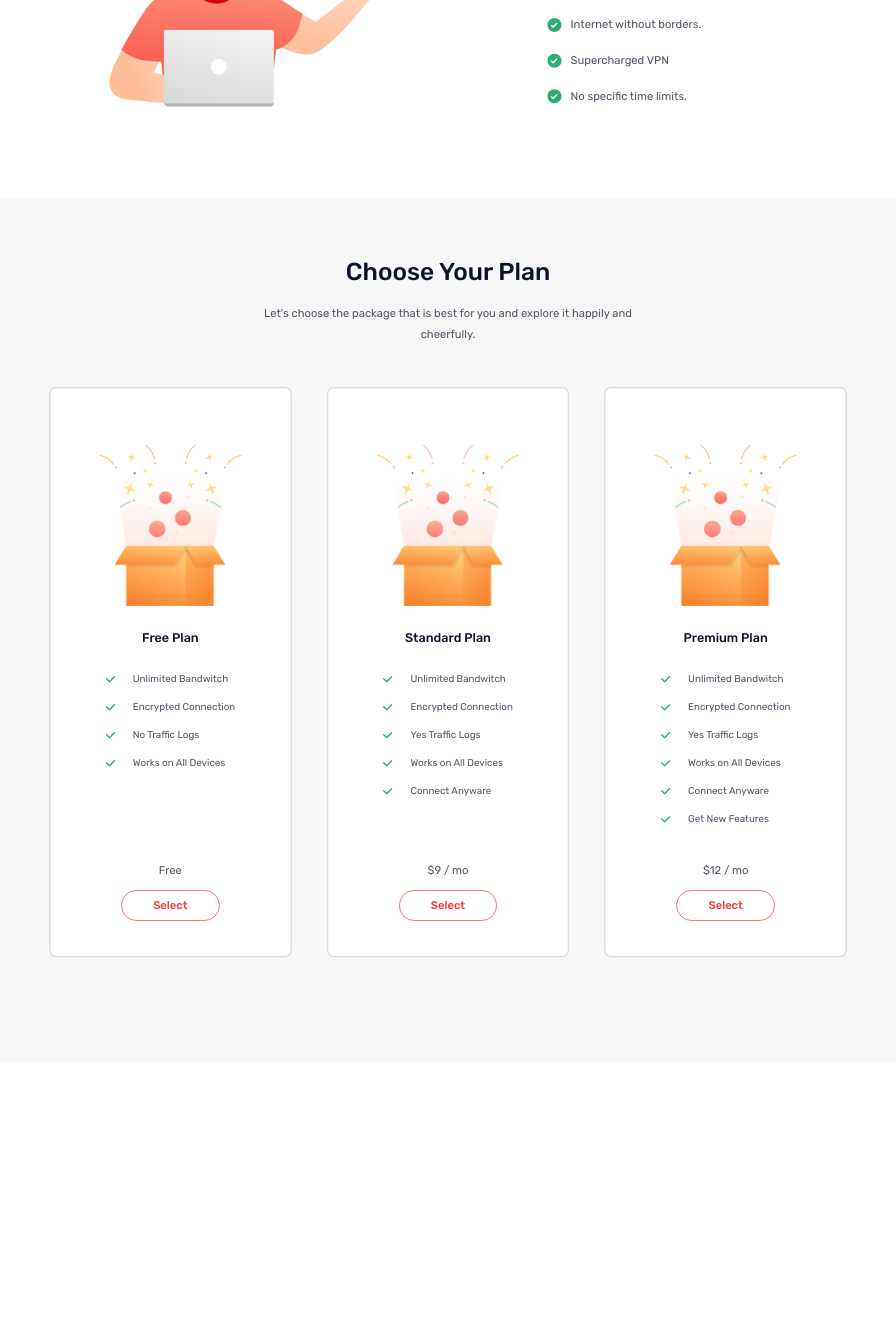
Repository: dangpham205/LaslesVPN-Landing-Page
Page: index.html
These files come from the project's save history. The page is drawn as it stood at one moment and after the next save; the edit follows.
The browser window is 1280 px wide. The pictures show the part of the page from y = 1171 to 3091 px (the page is 3359 px tall), at 70% of full size.

Above is the page before, as saved 2022-07-20 15:28:50.

### index.html
<!DOCTYPE html>
<html lang="en">
<head>
    <meta charset="UTF-8">
    <meta http-equiv="X-UA-Compatible" content="IE=edge">
    <meta name="viewport" content="width=device-width, initial-scale=1.0">
    <title>Lasles</title>
    <link rel="preconnect" href="https://fonts.googleapis.com" />
    <link rel="preconnect" href="https://fonts.gstatic.com" crossorigin />
    <link
      href="https://fonts.googleapis.com/css2?family=Rubik:wght@400;500;700&display=swap"
      rel="stylesheet"
    />
    <link rel="stylesheet" href="./assets/css/style.css">
</head>
<body>
    <div class="wrapper">

        <!-- Menu -->
        <header class="menu">
            <div class="container">
                <div class="menu__container">
                    <img srcset="./assets/img/logo.png 2x" alt="" class="menu__logo" />
                    <div class="menu__list">
                        <div class="menu__item">
                            <a href="" class="menu__item-link">About</a>
                        </div>
                        <div class="menu__item">
                            <a href="" class="menu__item-link">Features</a>
                        </div>
                        <div class="menu__item">
                            <a href="" class="menu__item-link">Pricing</a>
                        </div>
                        <div class="menu__item">
                            <a href="" class="menu__item-link">Testimonials</a>
                        </div>
                        <div class="menu__item">
                            <a href="" class="menu__item-link">Help</a>
                        </div>
                    </div>
                    <div class="menu__buttons">
                        <a href="" class="menu__button--sign-in">Sign In</a>
                        <a href="" class="button button--outline menu__button--sign-up">Sign Up</a>
                    </div>
                </div>
            </div>
        </header>

        <main>
            <!-- hero -->
            <section class="hero">
                <div class="container">
                    <div class="hero__container">
                        <div class="hero__content">
                            <h1 class="hero__title">Want anything to be easy with <strong>LaslesVPN</strong>.</h1>
                            <p class="hero__desc text">Provide a network for all your needs with ease and fun using LaslesVPN discover interesting features from us.</p>
                            <a href="" class="button button--primary button--rounded button--shadow">Get Started</a>
                        </div>
                        <div class="hero__image">
                            <img srcset="./assets/img/hero.png 2x" alt="">
                        </div>
                    </div>
                </div>
            </section>


            <!-- info -->
            <section class="info">
                <div class="container">
                    <div class="info__container">
                        <div class="info__item">
                            <div class="info__item-image">
                                <img src="" alt="" srcset="./assets/img/user.png 2x">
                            </div>
                            <div class="info__item-text">
                                <h3 class="info__item-title">90+</h3>
                                <p class="info__item-desc">Users</p>
                            </div>
                        </div>
                        <div class="info__item">
                            <div class="info__item-image">
                                <img src="" alt="" srcset="./assets/img/location.png 2x">
                            </div>
                            <div class="info__item-text">
                                <h3 class="info__item-title">30+</h3>
                                <p class="info__item-desc">Locations</p>
                            </div>
                        </div>
                        <div class="info__item">
                            <div class="info__item-image">
                                <img src="" alt="" srcset="./assets/img/Server.png 2x">
                            </div>
                            <div class="info__item-text">
                                <h3 class="info__item-title">50+</h3>
                                <p class="info__item-desc">Servers</p>
                            </div>
                        </div>
                    </div>
                </div>
            </section>

            <!-- feature -->
            <section class="feature">
                <div class="container">
                    <div class="feature__container">
                        <div class="feature__image">
                            <img src="" alt="" srcset="./assets/img/feature.png 2x">
                        </div>
                        <div class="feature__content">
                            <h3 class="feature__title heading">We Provide Many Features You Can Use</h3>
                            <p class="feature__desc text">You can explore the features that we provide with fun and have their own functions each feature.

                            </p>
                            <ul class="feature__list">
                                <li class="feature__item">
                                    <img src="./assets/img/ic-check.svg" alt="" class="feature__item-icon">
                                    <span class="feature__item-text">Powerfull online protection.</span>
                                </li>
                                <li class="feature__item">
                                    <img src="./assets/img/ic-check.svg" alt="" class="feature__item-icon">
                                    <span class="feature__item-text">Internet without borders.</span>
                                </li>
                                <li class="feature__item">
                                    <img src="./assets/img/ic-check.svg" alt="" class="feature__item-icon">
                                    <span class="feature__item-text">Supercharged VPN</span>
                                </li>
                                <li class="feature__item">
                                    <img src="./assets/img/ic-check.svg" alt="" class="feature__item-icon">
                                    <span class="feature__item-text">No specific time limits.</span>
                                </li>
                            </ul>
                        </div>

                    </div>
                </div>
            </section>

            <section class="plan">
                <div class="container">
                    <div class="plan__container">
                        <div class="plan__header">
                            <h3 class="plan__title heading">Choose Your Plan</h3>
                            <p class="plan__desc text">Let's choose the package that is best for you and explore it happily and cheerfully.</p>
                        </div>
                        <div class="plan__list">
                            <div class="plan__item">
                                <div class="plan__item-image">
                                    <img src="" alt="" srcset="./assets/img/plan.png">
                                </div>
                                <h4 class="plan__item-title heading-small">Free Plan</h4>
                                <ul class="plan__item-details">
                                    <li class="plan__item-detail">
                                        <img src="./assets/img/ic-check-line.svg" alt="">
                                        <span class="plan__item-desc">Unlimited Bandwitch</span>
                                    </li>
                                    <li class="plan__item-detail">
                                        <img src="./assets/img/ic-check-line.svg" alt="">
                                        <span class="plan__item-desc">Encrypted Connection</span>
                                    </li>
                                    <li class="plan__item-detail">
                                        <img src="./assets/img/ic-check-line.svg" alt="">
                                        <span class="plan__item-desc">No Traffic Logs</span>
                                    </li>
                                    <li class="plan__item-detail">
                                        <img src="./assets/img/ic-check-line.svg" alt="">
                                        <span class="plan__item-desc">Works on All Devices</span>
                                    </li>
                                </ul>
                                <div class="plan__item-price">Free</div>
                                <a href="" class="plan__item-btn button button--outline">Select</a>
                            </div>
                            <div class="plan__item">
                                <div class="plan__item-image">
                                    <img src="" alt="" srcset="./assets/img/plan.png">
                                </div>
                                <h4 class="plan__item-title heading-small">Standard Plan</h4>
                                <ul class="plan__item-details">
                                    <li class="plan__item-detail">
                                        <img src="./assets/img/ic-check-line.svg" alt="">
                                        <span class="plan__item-desc">Unlimited Bandwitch</span>
                                    </li>
                                    <li class="plan__item-detail">
                                        <img src="./assets/img/ic-check-line.svg" alt="">
                                        <span class="plan__item-desc">Encrypted Connection</span>
                                    </li>
                                    <li class="plan__item-detail">
                                        <img src="./assets/img/ic-check-line.svg" alt="">
                                        <span class="plan__item-desc">Yes Traffic Logs</span>
                                    </li>
                                    <li class="plan__item-detail">
                                        <img src="./assets/img/ic-check-line.svg" alt="">
                                        <span class="plan__item-desc">Works on All Devices</span>
                                    </li>
                                    <li class="plan__item-detail">
                                        <img src="./assets/img/ic-check-line.svg" alt="">
                                        <span class="plan__item-desc">Connect Anyware</span>
                                    </li>
                                </ul>
                                <div class="plan__item-price">$9 / mo</div>
                                <a href="" class="plan__item-btn button button--outline">Select</a>
                            </div>
                            <div class="plan__item">
                                <div class="plan__item-image">
                                    <img src="" alt="" srcset="./assets/img/plan.png">
                                </div>
                                <h4 class="plan__item-title heading-small">Premium Plan</h4>
                                <ul class="plan__item-details">
                                    <li class="plan__item-detail">
                                        <img src="./assets/img/ic-check-line.svg" alt="">
                                        <span class="plan__item-desc">Unlimited Bandwitch</span>
                                    </li>
                                    <li class="plan__item-detail">
                                        <img src="./assets/img/ic-check-line.svg" alt="">
                                        <span class="plan__item-desc">Encrypted Connection</span>
                                    </li>
                                    <li class="plan__item-detail">
                                        <img src="./assets/img/ic-check-line.svg" alt="">
                                        <span class="plan__item-desc">Yes Traffic Logs</span>
                                    </li>
                                    <li class="plan__item-detail">
                                        <img src="./assets/img/ic-check-line.svg" alt="">
                                        <span class="plan__item-desc">Works on All Devices</span>
                                    </li>
                                    <li class="plan__item-detail">
                                        <img src="./assets/img/ic-check-line.svg" alt="">
                                        <span class="plan__item-desc">Connect Anyware</span>
                                    </li>
                                    <li class="plan__item-detail">
                                        <img src="./assets/img/ic-check-line.svg" alt="">
                                        <span class="plan__item-desc">Get New Features</span>
                                    </li>
                                </ul>
                                <div class="plan__item-price">$12 / mo</div>
                                <a href="" class="plan__item-btn button button--outline">Select</a>
                            </div>
                        </div>
                    </div>
                </div>
            </section>

            <div class="container" style="height: 500px;"></div>
        </main>


        <footer>

        </footer>

    </div>
</body>
</html>

### assets/css/style.css
html {
  box-sizing: border-box;
}

* {
  margin: 0;
  padding: 0;
}

*,
*:before,
*:after {
  box-sizing: border-box;
}

input,
textarea,
select,
button {
  outline: none;
}

input {
  line-height: normal;
}

label,
button {
  cursor: pointer;
}

a {
  text-decoration: none;
}

img {
  display: block;
  max-width: 100%;
}

ul {
  list-style: none;
}

body {
  line-height: 1;
  font-family: "Rubik", sans-serif;
  color: #4f5665;
  font-weight: 400;
  background-color: white;
}

button {
  cursor: pointer;
  outline: none;
  border: none;
  font-family: "Rubik", sans-serif;
}

.wrapper {
  max-width: 100%;
  margin: 0 auto;
}

.container {
  max-width: 1140px;
  margin: 0 auto;
}

.button {
  display: inline-block;
  padding: 13px 45px;
  border-radius: 100rem;
  font-family: "Rubik", sans-serif;
  line-height: 1;
  font-size: 16px;
  cursor: pointer;
  border: none;
  outline: none;
  text-align: center;
  white-space: nowrap;
}
.button--primary {
  font-weight: 700;
  background-color: #f53838;
  color: white;
}
.button--outline {
  background-color: transparent;
  color: #f53838;
  font-weight: 500;
  border: 1px solid;
}
.button--rounded {
  border-radius: 10px;
  padding: 22px 65px;
}
.button--rectangle {
  border-radius: 10px;
  min-width: 250px;
}
.button--shadow {
  position: relative;
}
.button--shadow:after {
  content: "";
  position: absolute;
  top: 0;
  left: 50%;
  width: 90%;
  height: 100%;
  transform: translate(-50%, 50%);
  background-color: rgba(245, 56, 56, 0.35);
  filter: blur(20px);
  border-radius: inherit;
  z-index: -1;
}

.boxed {
  max-width: 555px;
  margin-left: auto;
  margin-right: auto;
  text-align: center;
}

@media screen and (max-width: 767px) {
  .button {
    padding: 13px 26px;
  }
  .container {
    padding: 0 20px;
  }
}
@media screen and (max-width: 1024px) {
  .container {
    padding: 0 40px;
  }
}
h1,
h2,
h3,
h4,
h5,
h6 {
  color: #0b132a;
  font-weight: bold;
}

.heading {
  font-weight: 500;
  font-size: 35px;
  line-height: 1.4285714286;
  margin-bottom: 20px;
}

.heading-small {
  font-weight: 500;
  font-size: 18px;
  margin-bottom: 5px;
  line-height: 1.6666666667;
}

.text {
  line-height: 1.875;
}

.text-medium {
  font-weight: 500;
}

.text-small {
  font-size: 14px;
  line-height: 2.1428571429;
}

@media screen and (max-width: 767px) {
  .heading {
    font-size: 30px;
  }
}
.menu {
  padding-top: 50px;
  padding-bottom: 90px;
}
.menu__container {
  display: flex;
  justify-content: space-between;
  align-items: center;
}
.menu__list {
  display: flex;
}
.menu__item + .menu__item {
  margin-left: 40px;
}
.menu__buttons {
  display: flex;
  align-items: center;
}
.menu__button--sign-in {
  margin-right: 30px;
}

@media screen and (max-width: 1023.98px) {
  .menu__list {
    display: none;
  }
}
.hero {
  padding-bottom: 100px;
}
.hero__container {
  display: flex;
  justify-content: space-between;
  align-items: center;
  gap: 0 40px;
  position: relative;
}
.hero__content {
  max-width: 555px;
  width: 100%;
  margin-right: 40px;
}
.hero__title {
  font-weight: 500;
  font-size: 50px;
  line-height: 1.4;
  color: #0b132a;
}
.hero__desc {
  margin: 20px 0 50px 0;
}
.hero__image {
  position: absolute;
  right: 0;
  top: 50%;
  transform: translate(40px, -50%);
}

.info {
  margin-bottom: 95px;
}
.info__container {
  display: grid;
  grid-template-columns: repeat(3, 1fr);
  border-radius: 10px;
  min-height: 200px;
  box-shadow: 0 30px 50px 20px rgba(13, 16, 37, 0.05);
}
.info__item {
  display: flex;
  justify-content: center;
  align-items: center;
  position: relative;
}
.info__item:nth-child(2)::after {
  content: "";
  position: absolute;
  height: 126px;
  border-left: 2px solid #EEEFF2;
  left: 0;
}
.info__item:nth-child(2)::before {
  content: "";
  position: absolute;
  height: 126px;
  border-left: 2px solid #EEEFF2;
  right: 0;
}
.info__item-text {
  margin-left: 36px;
}
.info__item-title {
  margin-bottom: 5px;
  font-size: 25px;
  font-weight: 700;
  line-height: 1.2;
}
.info__item-desc {
  font-size: 20px;
  font-weight: 400;
  line-height: 1.5;
}

.feature {
  padding-bottom: 130px;
}
.feature__container {
  display: flex;
  justify-content: space-between;
  align-items: flex-end;
  gap: 0 170px;
}
.feature__title {
  max-width: 380px;
}
.feature__desc {
  max-width: 430px;
  margin-bottom: 20px;
}
.feature__list {
  display: flex;
  flex-direction: column;
  gap: 21px;
}
.feature__item {
  display: flex;
}
.feature__item-icon {
  margin-right: 10px;
}
.feature__item-text {
  line-height: 30px;
}

.plan {
  padding: 80px 0 150px 0;
  background-color: #f8f8f8;
}
.plan__header {
  display: flex;
  flex-direction: column;
  align-items: center;
  justify-content: center;
}
.plan__desc {
  max-width: 555px;
  text-align: center;
  margin-bottom: 60px;
}
.plan__list {
  display: grid;
  grid-template-columns: repeat(3, 1fr);
  gap: 0 50px;
}
.plan__item {
  display: flex;
  flex-direction: column;
  justify-content: center;
  align-items: center;
  background-color: white;
  padding: 80px 70px 50px;
  border-radius: 10px;
  border: 2px solid #DDDDDD;
}
.plan__item-image {
  margin-bottom: 30px;
  margin-left: auto;
  margin-right: auto;
}
.plan__item-title {
  margin-bottom: 30px;
}
.plan__item-details {
  margin-bottom: 50px;
  display: flex;
  flex-direction: column;
  gap: 10px 0;
}
.plan__item-detail {
  display: flex;
  gap: 0 25px;
  font-weight: 400;
  font-size: 14px;
  line-height: 30px;
  align-items: center;
}
.plan__item-price {
  margin-top: auto;
  margin-bottom: 20px;
}
.plan__item--active, .plan__item:hover {
  border-color: #f53838;
}
.plan__item--active .plan__item-btn, .plan__item:hover .plan__item-btn {
  background-color: #f53838;
  color: white;
}

.location {
  background-color: #f8f8f8;
  padding-bottom: 50px;
}
.location__container {
  display: flex;
  flex-direction: column;
  align-items: center;
  text-align: center;
}
.location__title {
  max-width: 380px;
}
.location__desc {
  max-width: 555px;
  margin-bottom: 150px;
}
.location__partners {
  display: flex;
  align-items: center;
  justify-content: center;
  gap: 0 30px;
}

.comment {
  background-color: #f8f8f8;
  padding-bottom: 260px;
}
.comment__container {
  display: flex;
  flex-direction: column;
  align-items: center;
  text-align: center;
}
.comment__title {
  max-width: 445px;
}
.comment__desc {
  max-width: 555px;
  margin-bottom: 60px;
}
.comment .customer-list {
  display: grid;
  grid-template-columns: repeat(3, 1fr);
  gap: 0 50px;
}
.comment .customer-item {
  border: 2px solid #ddd;
  border-radius: 10px;
  padding: 30px;
  margin: 0 25px;
}
.comment .customer-item.slick-current.slick-active {
  border-color: #f53838;
}
.comment .customer-top {
  margin-bottom: 20px;
  display: flex;
  justify-content: space-between;
  align-items: center;
  gap: 0 110px;
}
.comment .customer-info {
  display: flex;
  align-items: center;
  gap: 0 20px;
}
.comment .customer-avatar {
  width: 50px;
  height: 50px;
}
.comment .customer-avatar img {
  width: 100%;
  height: 100%;
  object-fit: cover;
  border-radius: 100rem;
}
.comment .customer-name {
  line-height: 1.6666666667;
  margin-bottom: 5;
}
.comment .customer-address {
  line-height: 1;
  text-align: start;
}
.comment .customer-rating {
  display: flex;
  align-items: center;
  gap: 0 10px;
}
.comment .customer .slick-track {
  display: flex;
  padding-bottom: 60px;
}
.comment .customer .slick-arrow {
  width: 60px;
  height: 60px;
  border-radius: 100rem;
  display: flex !important;
  justify-content: center;
  align-items: center;
  position: absolute;
  bottom: 0;
  transform: translateY(50%);
  z-index: 10;
}
.comment .customer .slick-prev {
  border: 1px solid #f53838;
  background-color: transparent;
  right: 80px;
}
.comment .customer .slick-next {
  background-color: #f53838;
  right: 0;
}
.comment .customer .slick-dots {
  list-style-type: none;
  display: flex;
  align-items: center;
  gap: 0 15px;
  transform: translateY(50%);
}
.comment .customer .slick-dots button {
  font-size: 0;
  background-color: #dde0e4;
  width: 15px;
  height: 15px;
  border-radius: 100rem;
  transition: all 0.2s linear;
}
.comment .customer .slick-dots .slick-active button {
  background-color: #f53838;
  width: 45px;
}

.subscribe {
  background-color: #dde0e4;
}
.subscribe__container {
  position: relative;
  transform: translateY(-50%);
  margin-bottom: -140px;
  display: flex;
  justify-content: space-between;
  align-items: center;
  padding: 58.5px 70px;
  border-radius: 10px;
  background-color: white;
}
.subscribe__title {
  max-width: 370px;
  font-size: 35px;
  line-height: 45px;
  font-weight: 500;
  color: #0b132a;
}
.subscribe__desc {
  line-height: 1;
}

footer {
  padding-top: 70px;
  padding-bottom: 100px;
  background-color: #dde0e4;
}

.footer__container {
  display: flex;
  justify-content: space-between;
  gap: 0 230px;
}
.footer__desc {
  width: 340px;
  line-height: 1.875;
  margin: 20px 0 30px 0;
}
.footer__copyright {
  color: #AFB5C0;
  font-weight: 500;
}
.footer__contacts {
  display: flex;
}
.footer__menu {
  display: flex;
  gap: 0 126px;
}
.footer__category {
  display: flex;
  flex-direction: column;
  gap: 10px 0;
}
.footer__category-title {
  font-size: 18px;
  margin-bottom: 10px;
  line-height: 1.6666666667;
}
.footer__category-option {
  width: max-content;
  font-size: 16px;
  line-height: 1.875;
}

/*# sourceMappingURL=style.css.map */

After the next save:
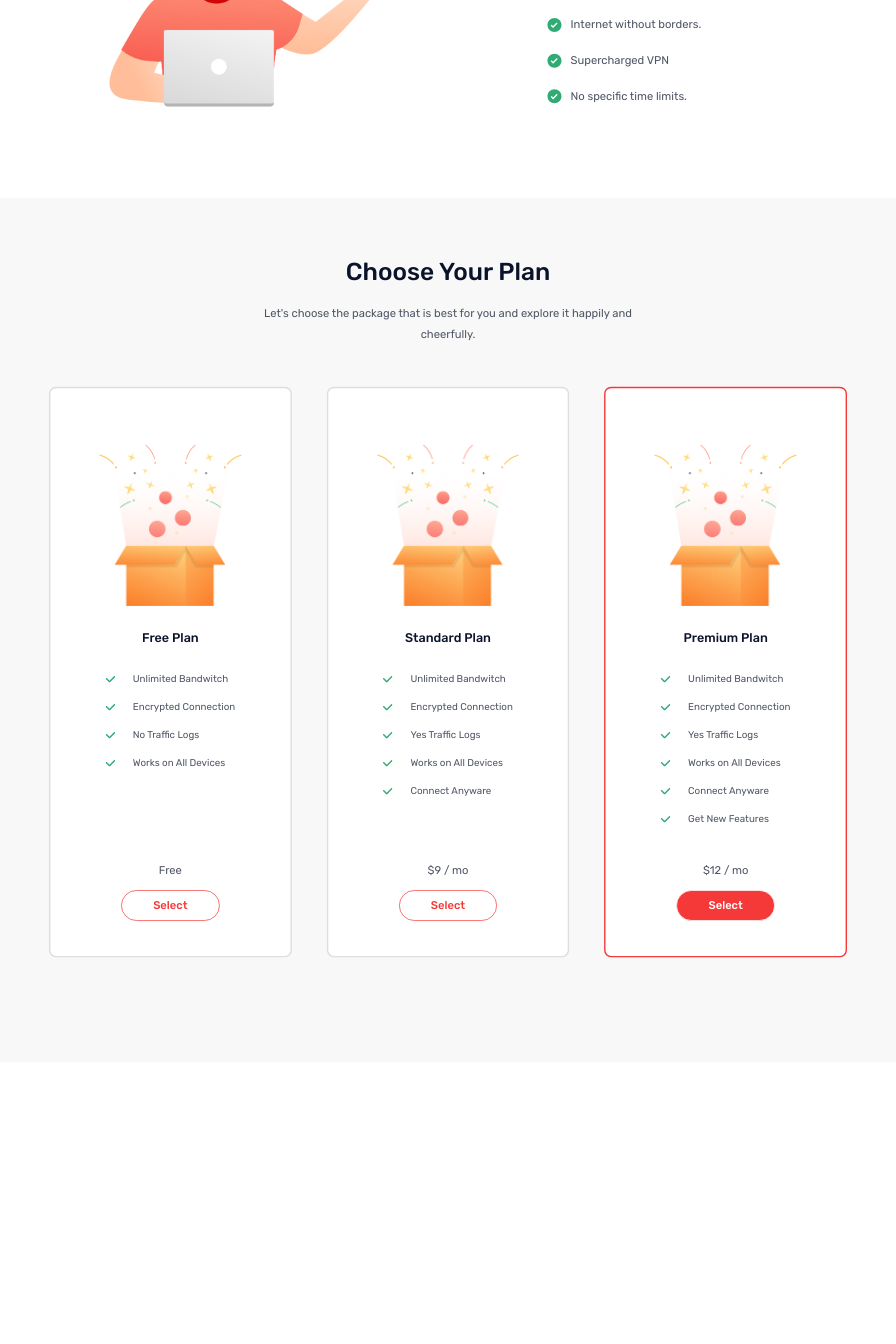
Saved 10 s later.
--- a/index.html
+++ b/index.html
@@ -199,7 +199,7 @@
                                 <div class="plan__item-price">$9 / mo</div>
                                 <a href="" class="plan__item-btn button button--outline">Select</a>
                             </div>
-                            <div class="plan__item">
+                            <div class="plan__item plan__item--active">
                                 <div class="plan__item-image">
                                     <img src="" alt="" srcset="./assets/img/plan.png">
                                 </div>
